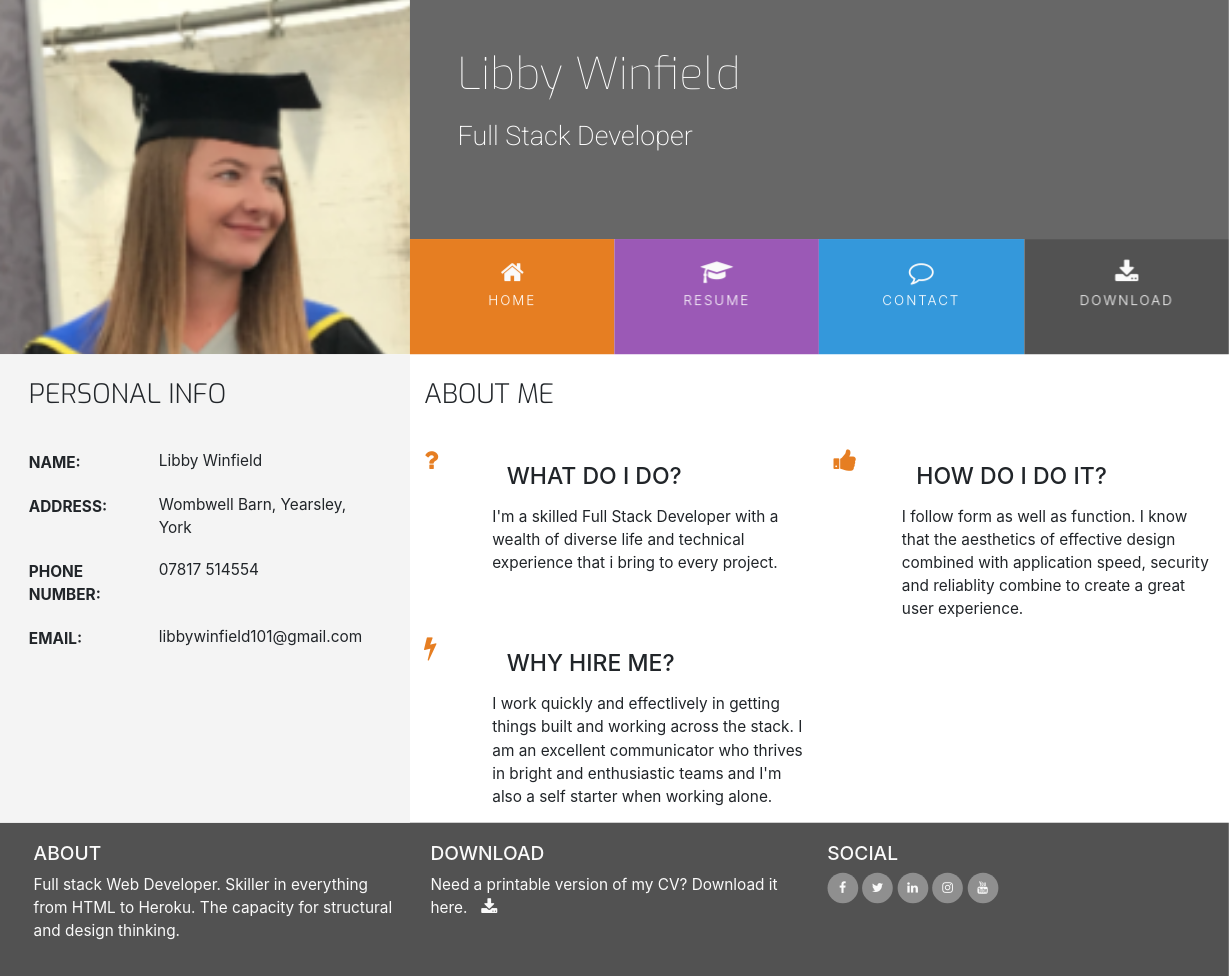
Repository: LibbyWin/CV
Page: index.html
The author's editor kept a record of every edit. The page is drawn from the files as they stood at one moment, then again after the next edit.
The browser window is 1280 px wide. The pictures show the whole page, at 96% of full size.

Above is the page before.

After the next edit:
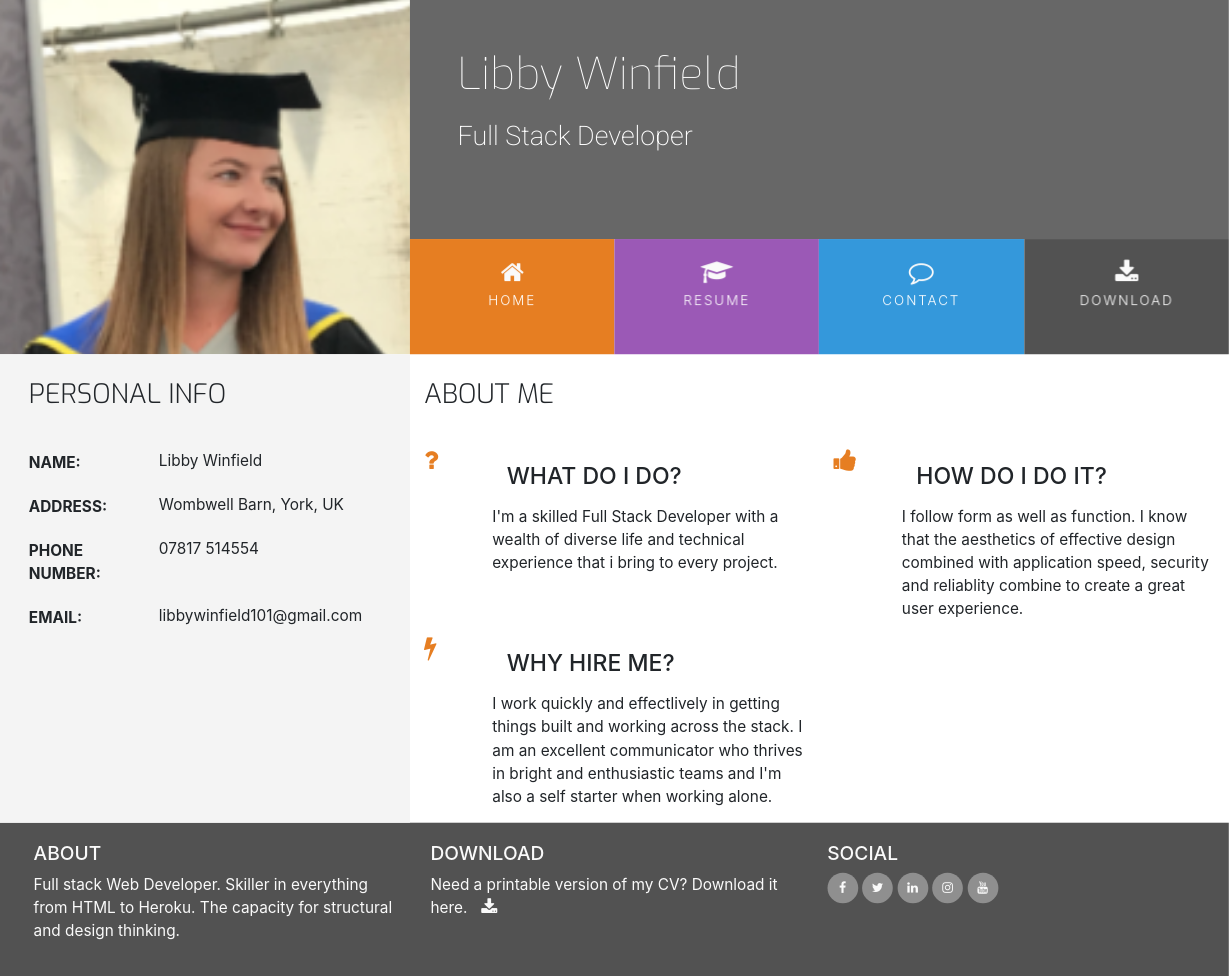
The edit:
--- a/index.html
+++ b/index.html
@@ -81,7 +81,7 @@
                     </div>
                     <div class="value">
                         <p>
-                            Wombwell Barn, Yearsley, York
+                            Wombwell Barn, York, UK
                         </p>
                     </div>
                 </div>
